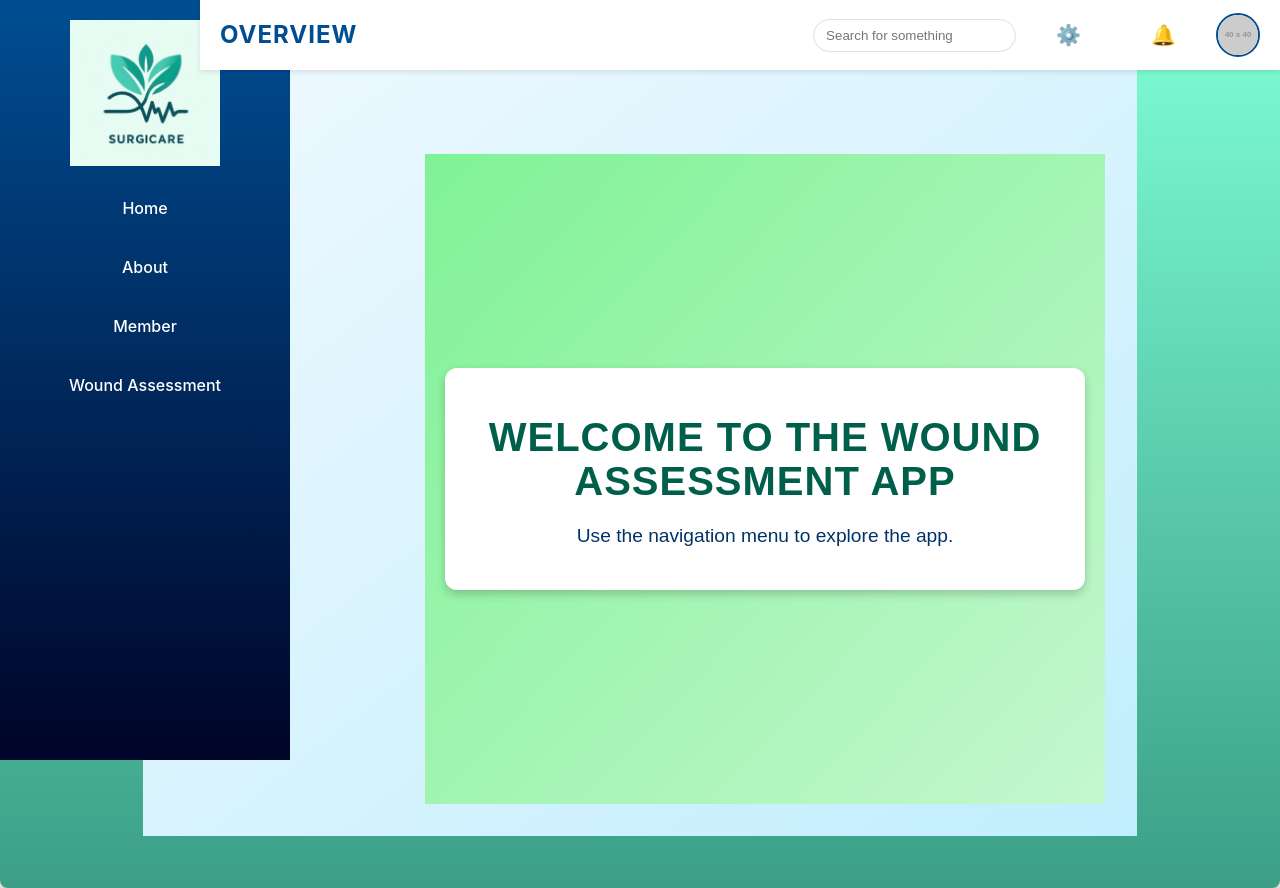
Repository: Jinwoo290350/Surgicare-Vue
Page: / (app in surgicare/)
An editor plug-in stored every save of this project. The page is shown before and after the next save, followed by the edit.
The browser window is 1280 px wide. The pictures show the whole page.
The project was rebuilt for these pictures with package versions that can differ from the ones it lists, and the page was loaded fresh each time. Also part of the build but not shown: surgicare/vite.config.js, surgicare/src/views/About.vue, surgicare/src/views/Member.vue, surgicare/src/components/WoundAssessment.vue.

Above is the page before, as saved 2024-12-30 15:10:53.
Console error: TypeError: Cannot read properties of null (reading 'getContext')

### surgicare/index.html
<!doctype html>
<html lang="en">
  <head>
    <meta charset="UTF-8" />
    <link rel="icon" type="image/svg+xml" href="/vite.svg" />
    <meta name="viewport" content="width=device-width, initial-scale=1.0" />
    <title>Vite + Vue</title>
  </head>
  <body>
    <div id="app"></div>
    <script type="module" src="/src/main.js"></script>
  </script>
  <link href="https://fonts.googleapis.com/css2?family=Roboto:wght@400;500;700&display=swap" rel="stylesheet">

  <script type="text/javascript" src="./src/star.js"></script>
  </body>
</html>

### surgicare/src/main.js
import { createApp } from 'vue'
import './style.css'
import App from './App.vue'
import router from "./router";

createApp(App).use(router).mount("#app");

### surgicare/src/style.css
:root {
  font-family: Inter, system-ui, Avenir, Helvetica, Arial, sans-serif;
  line-height: 1.5;
  font-weight: 400;
  color-scheme: light dark;
  color: rgba(255, 255, 255, 0.87);
  background-color: #242424;
  font-synthesis: none;
  text-rendering: optimizeLegibility;
  -webkit-font-smoothing: antialiased;
  -moz-osx-font-smoothing: grayscale;
}

a {
  font-weight: 500;
  text-decoration: none;
  transition: color 0.3s ease-in-out;
}
a:hover {
  color: #535bf2; /* Blue hover effect */
}

body {
  margin: 0;
  display: flex;
  flex-direction: column;
  align-items: center;
  justify-content: center;
  min-width: 320px;
  min-height: 100vh;
  padding: 20px;
  background-color: #1f2d29;
  background-image: linear-gradient(to top, #3b9f87, #7fffd4);
  background-repeat: no-repeat;
  border-radius: 8px;
  box-shadow: 0 6px 12px rgba(0, 0, 0, 0.3);
}

h1 {
  font-size: 3em;
  line-height: 1.1;
  color: #fff;
  text-transform: uppercase;
  letter-spacing: 1px;
  margin-bottom: 0.5em;
  transition: transform 0.3s ease-in-out;
}
h1:hover {
  transform: scale(1.05); /* Slight hover effect */
}

button {
  border-radius: 8px;
  border: 1px solid transparent;
  padding: 0.8em 1.5em;
  font-size: 1em;
  font-weight: 500;
  background-color: #333;
  color: #fff;
  cursor: pointer;
  transition: all 0.3s ease;
}
button:hover {
  border-color: #646cff;
  background-color: #444;
  transform: translateY(-2px); /* Lift on hover */
}
button:focus,
button:focus-visible {
  outline: 4px auto -webkit-focus-ring-color;
}

.card {
  padding: 2em;
  background-color: #2a2a2a;
  border-radius: 12px;
  box-shadow: 0 4px 10px rgba(0, 0, 0, 0.4);
  transition: transform 0.3s ease;
}
.card:hover {
  transform: translateY(-5px); /* Lift on hover */
}

#app {
  max-width: 1280px;
  margin: 0 auto;
  padding: 2rem;
  text-align: center;
}

/* Media Queries for Responsiveness */
@media (max-width: 768px) {
  body {
    padding: 15px;
  }

  h1 {
    font-size: 2.4em; /* Smaller title for mobile screens */
  }

  button {
    padding: 0.6em 1.2em;
    font-size: 1em;
  }

  .card {
    padding: 1.5em;
  }

  #app {
    padding: 1.5rem;
  }
}

@media (max-width: 480px) {
  h1 {
    font-size: 2em; /* Further reduce title size */
  }

  button {
    padding: 0.5em 1em;
    font-size: 0.9em;
  }

  .card {
    padding: 1em;
  }
}

/* Light Mode Styles */
@media (prefers-color-scheme: light) {
  :root {
    color: #213547;
    background-color: #ffffff;
  }
  a:hover {
    color: #747bff;
  }
  button {
    background-color: #f9f9f9;
    color: #333;
  }
  .card {
    background-color: #f5f5f5;
    box-shadow: 0 2px 6px rgba(0, 0, 0, 0.1);
  }
}

### surgicare/src/App.vue
<template>
  <div id="app" class="app-container">
    <aside class="sidebar">
      <img src="/Users/frank/Vscode/Vue/surgicare/public/Icon_surgicare.png" alt="Logo" class="logo" />
      <nav class="menu">
        <router-link to="/">Home</router-link>
        <router-link to="/about">About</router-link>
        <router-link to="/member">Member</router-link>
        <router-link to="/wound-assessment">Wound Assessment</router-link>
      </nav>
    </aside>

    <header class="header">
      <h1>Overview</h1>
      <div class="header-tools">
        <input type="text" placeholder="Search for something" class="search-box" />
        <button class="settings-btn">⚙️</button>
        <button class="notifications-btn">🔔</button>
        <img src="https://via.placeholder.com/40" alt="Profile" class="profile-pic" />
      </div>
    </header>

    <main class="content-area">
      <router-view />
    </main>
  </div>
</template>

<script>
export default {
  name: "DashboardPage",
};
</script>

<style scoped>
/* General Styles */
body {
  margin: 0;
  font-family: 'Poppins', Arial, sans-serif;
}

.app-container {
  display: flex;
  flex-direction: column;
  height: 100vh;
  background: linear-gradient(to bottom right, #f0f9ff, #c1eefd);
  overflow: hidden; /* Prevent scroll */
}

.sidebar {
  position: fixed;
  top: 0;
  left: 0;
  width: 250px;
  height: 100%;
  background: linear-gradient(to bottom, #004e92, #000428);
  color: white;
  padding: 20px;
  display: flex;
  flex-direction: column;
  align-items: center;
  z-index: 1000;
}

.logo {
  width: 100%;
  max-width: 150px;
  margin-bottom: 20px;
}

.menu a {
  text-decoration: none;
  color: white;
  font-size: 16px;
  margin-bottom: 15px;
  display: block;
  text-align: center;
  padding: 10px 15px;
  border-radius: 8px;
  transition: background 0.3s, transform 0.3s;
}

.menu a:hover {
  background: rgba(255, 255, 255, 0.2);
  transform: scale(1.05);
}

.header {
  position: fixed;
  top: 0;
  left: 200px; /* Offset for the sidebar */
  right: 0;
  height: 70px;
  background: white;
  display: flex;
  justify-content: space-between;
  align-items: center;
  padding: 0 20px;
  box-shadow: 0 2px 5px rgba(0, 0, 0, 0.1);
  z-index: 1000;
}

.header h1 {
  font-size: 24px;
  color: #004e92;
  margin: 0;
}

.header-tools {
  display: flex;
  align-items: center;
}

.search-box {
  padding: 8px 12px;
  border: 1px solid #ddd;
  border-radius: 25px;
  margin-right: 10px;
  outline: none;
  transition: box-shadow 0.3s;
}

.search-box:focus {
  box-shadow: 0 0 10px rgba(0, 78, 146, 0.5);
}

.settings-btn,
.notifications-btn {
  background: none;
  border: none;
  font-size: 20px;
  color: #555;
  margin-right: 10px;
  cursor: pointer;
}

.profile-pic {
  width: 40px;
  height: 40px;
  border-radius: 50%;
  border: 2px solid #004e92;
}

.content-area {
  margin-top: 70px; /* Offset for the fixed header */
  margin-left: 250px; /* Offset for the fixed sidebar */
  flex-grow: 1;
  background: linear-gradient(to bottom right, #e6f7f9, #ffffff);
  display: flex;
  justify-content: center;
  align-items: center;
  position: relative;
  overflow-y: auto;
}

.placeholder {
  width: 80%;
  height: 80%;
  background: rgba(255, 255, 255, 0.8);
  border-radius: 20px;
  box-shadow: 0 4px 20px rgba(0, 0, 0, 0.1);
  display: flex;
  justify-content: center;
  align-items: center;
  font-size: 28px;
  color: #004e92;
  font-weight: bold;
  text-align: center;
}
</style>

### surgicare/src/router/index.js
import { createRouter, createWebHistory } from "vue-router";

// Importing views and components
import Home from "../views/Home.vue";
import About from "../views/About.vue";
import Member from "../views/Member.vue";
import WoundAssessment from "../components/WoundAssessment.vue";

// Define the route configurations
const routes = [
  {
    path: "/",
    name: "Home",
    component: Home,
    meta: {
      title: "Home -  Surgicare",
    },
  },
  {
    path: "/about",
    name: "About",
    component: About,
    meta: {
      title: "About - Surgicare",
    },
  },
  {
    path: "/member",
    name: "Member",
    component: Member,
    meta: {
      title: "Member - Surgicare",
    },
  },
  {
    path: "/wound-assessment",
    name: "WoundAssessment",
    component: WoundAssessment,
    meta: {
      title: "Wound Assessment - Surgicare",
    },
  },
];

// Create the router instance
const router = createRouter({
  history: createWebHistory(),
  routes,
  scrollBehavior(to, from, savedPosition) {
    // Scroll to top on route change, unless saved position exists
    if (savedPosition) {
      return savedPosition;
    } else {
      return { top: 0 };
    }
  },
});

// Global navigation guard for dynamic document titles
router.beforeEach((to, from, next) => {
  document.title = to.meta.title || "Default App Title";
  next();
});

export default router;

### surgicare/src/views/Home.vue
<template>
  <div class="home">
    <div class="content">
      <h1 class="title">Welcome to the Wound Assessment App</h1>
      <p class="description">Use the navigation menu to explore the app.</p>
    </div>
  </div>
</template>

<script>
export default {
  name: "Home",
};
</script>

<style scoped>
.home {
  display: flex;
  justify-content: center;
  align-items: center;
  height: 100vh; /* Full height for viewport */
  background: linear-gradient(to bottom right, #7ef294, #c6f7d0); /* Subtle gradient */
  font-family: 'Arial', sans-serif;
  text-align: center;
  box-sizing: border-box;
  padding: 20px;
}

.content {
  max-width: 600px; /* Limit content width for better readability */
  padding: 20px;
  background: #ffffff;
  border-radius: 12px; /* Rounded corners */
  box-shadow: 0 4px 10px rgba(0, 0, 0, 0.2); /* Subtle shadow */
}

.title {
  font-size: 2.5rem;
  font-weight: bold;
  color: #005f4b;
  margin-bottom: 15px;
}

.description {
  font-size: 1.2rem;
  color: #003366;
  font-weight: 300;
}
</style>

### surgicare/src/star.js
const canvas = document.querySelector('canvas')
const c = canvas.getContext('2d')

canvas.width = innerWidth
canvas.height = innerHeight

window.addEventListener("resize", function() {
    canvas.width = window.innerWidth;
    canvas.height = window.innerHeight;
    init()
})
function Star(x, y, radius, color) {
    this.x = x
    this.y = y
    this.radius = radius
    this.color = color
    this.velocity = {
        x: (Math.random() - 0.5) * 8,
        y: 3
    }
    this.friction = 0.8
    this.gravity = 1
}

Star.prototype.draw = function() {
    c.save()
    c.beginPath()
    c.arc(this.x, this.y, this.radius, 0, Math.PI * 2, false)
    c.fillStyle = this.color
    c.shadowColor = '#E3EAEF'
    c.shadowBlur = 20
    c.fill()
    c.closePath()
    c.restore()
}

Star.prototype.update = function() {
    this.draw()

    //When ball hits bottom of screen
    if(this.y + this.radius + this.velocity.y > canvas.height - groundHeight){
        this.velocity.y = -this.velocity.y * this.friction
        this.shatter()
    }
    else{
        this.velocity.y += this.gravity
    }

    //Hits side of screen
    if(this.x + this.radius + this.velocity.x > canvas.width || this.x - this.radius <= 0){
        this.velocity.x = -this.velocity.x * this.friction
        this.shatter()
    }

    this.x += this.velocity.x
    this.y += this.velocity.y

}

Star.prototype.shatter = function(){
    this.radius -= 3
    for(let i = 0; i < 8; i++){
        miniStars.push(new MiniStar(this.x, this.y, 2))
    }

}

function MiniStar(x, y, radius, color){
    Star.call(this, x, y, radius, color)
    this.velocity = {
        x: (Math.random() - 0.5) * 10,
        y: (Math.random() - 0.5) * 30
    }
    this.friction = 0.8
    this.gravity = 0.1
    this.ttl = 100
    this.opacity = 1
}

MiniStar.prototype.draw = function() {
    c.save()
    c.beginPath()
    c.arc(this.x, this.y, this.radius, 0, Math.PI * 2, false)
    c.fillStyle = `rgba(227,234, 239, ${this.opacity})`
    c.shadowColor = '#E3EAEF'
    c.shadowBlur = 20
    c.fill()
    c.closePath()
    c.restore()
}

MiniStar.prototype.update = function() {
    this.draw()

    if(this.y + this.radius + this.velocity.y > canvas.height - groundHeight){
        this.velocity.y = -this.velocity.y * this.friction
    }
    else{
        this.velocity.y += this.gravity
    }

    this.x += this.velocity.x
    this.y += this.velocity.y
    this.ttl -= 1
    this.opacity -= 0.0001 * this.ttl
}

function creatMountainRange(mountainAmount, height, color){
    for(let i = 0; i < mountainAmount; i++){
        const mountainWidth = canvas.width / mountainAmount
        c.beginPath()
        c.moveTo(i * mountainWidth, canvas.height)
        c.lineTo(i * mountainWidth + mountainWidth + 0.2*canvas.height, canvas.height)
        c.lineTo(i * mountainWidth + mountainWidth / 2, canvas.height - height)
        c.lineTo(i * mountainWidth - 0.2*canvas.height, canvas.height)
        c.fillStyle = color
        c.fill()
        c.closePath()
    }
}

// Implementation
const backgroundGradient = c.createLinearGradient(0, 0, canvas.width, canvas.height)
backgroundGradient.addColorStop(0, '#171e26')
backgroundGradient.addColorStop(1, '#3f586b')

let stars
let miniStars
let backgroundStars
let ticker = 0
let randomSpawnRate = 75
const groundHeight = 0.09 * canvas.height
let inf = 1e9
function init() {
    stars = []
    miniStars = []
    backgroundStars = []

    for(let i = 0; i < 200; i++){
        const x = Math.random() * canvas.width
        const y = Math.random() * canvas.height
        const radius = Math.random() * 3
        backgroundStars.push(new Star(x, y, radius, 'white'))
    }
}

// Animation Loop
function animate() {
    c.clearRect(0, 0, 0, canvas.height)
    c.fillStyle = backgroundGradient
    c.fillRect(0, 0, canvas.width, canvas.height)

    backgroundStars.forEach(backgroundStar => {
        backgroundStar.draw()
    })

    if(flag) creatMountainRange(1, canvas.height * 0.7, '#384551')
    if(flag) creatMountainRange(2, canvas.height * 0.6, '#2B3843')
    if(flag) creatMountainRange(3, canvas.height * 0.4, '#26333E')
    c.fillStyle = '#182028'
    c.fillRect(0, canvas.height - groundHeight, canvas.width, groundHeight)
    stars.forEach((star, index) => {
        star.update();
        if(star.radius == 0){
            stars.splice(index, 1)
        }
    });

    miniStars.forEach((miniStar, index) => {
        miniStar.update();
        if(miniStar.ttl == 0){
            miniStars.splice(index, 1)
        }
    });

    ticker++
    if(ticker >= inf){
        ticker = 0
    }
    if(ticker % randomSpawnRate == 0){
        const radius = 9
        const x = Math.max(radius, Math.random() * canvas.width - radius)
        stars.push(new Star(x, -100, 9, '#E3EAEF'))
        randomSpawnRate = Math.floor(Math.random() * (200 - 125 + 1) + 125)
    }

    requestAnimationFrame(animate)
}

init()
animate()

After the next save:
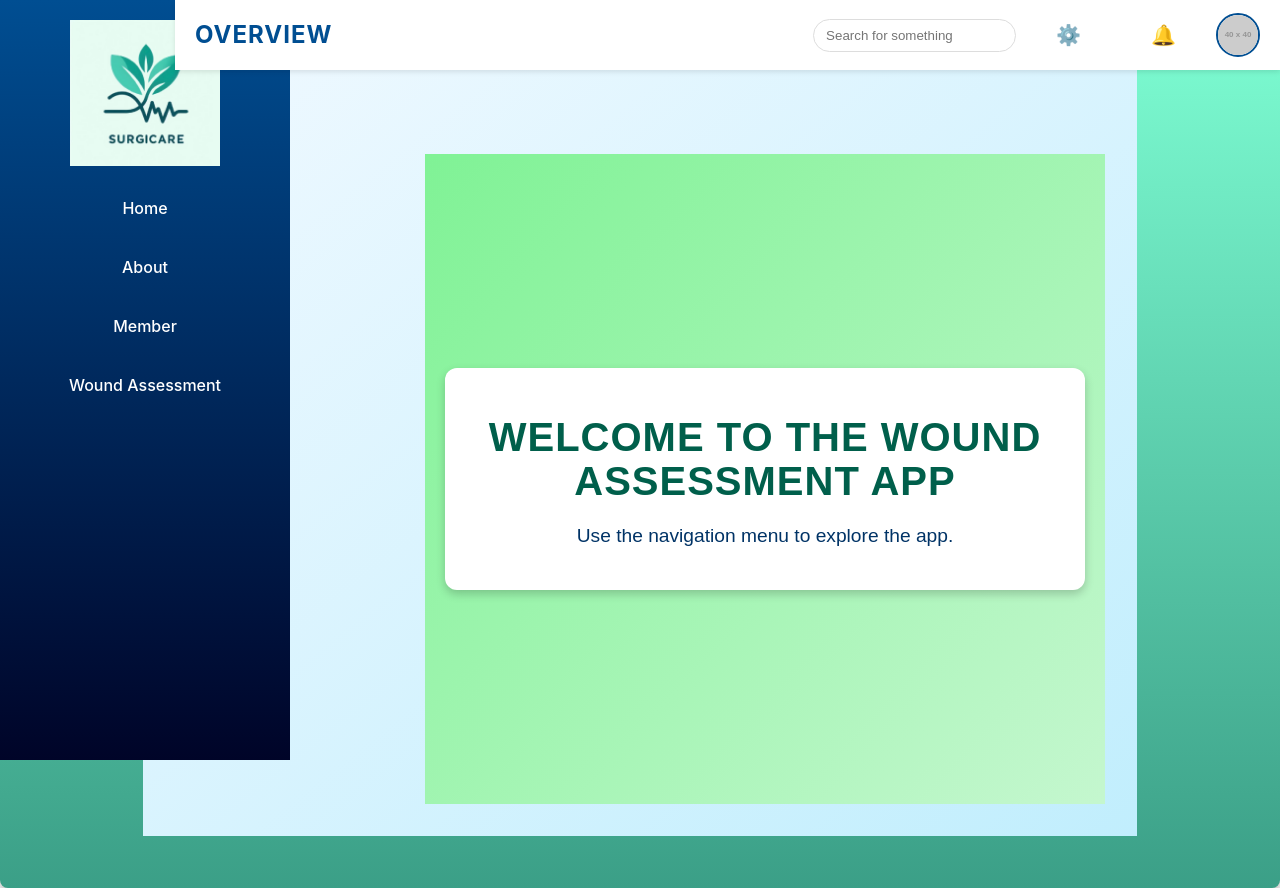
Saved 11 s later.
--- a/surgicare/src/App.vue
+++ b/surgicare/src/App.vue
@@ -88,7 +88,7 @@ body {
 .header {
   position: fixed;
   top: 0;
-  left: 200px; /* Offset for the sidebar */
+  left: 175px; /* Offset for the sidebar */
   right: 0;
   height: 70px;
   background: white;
